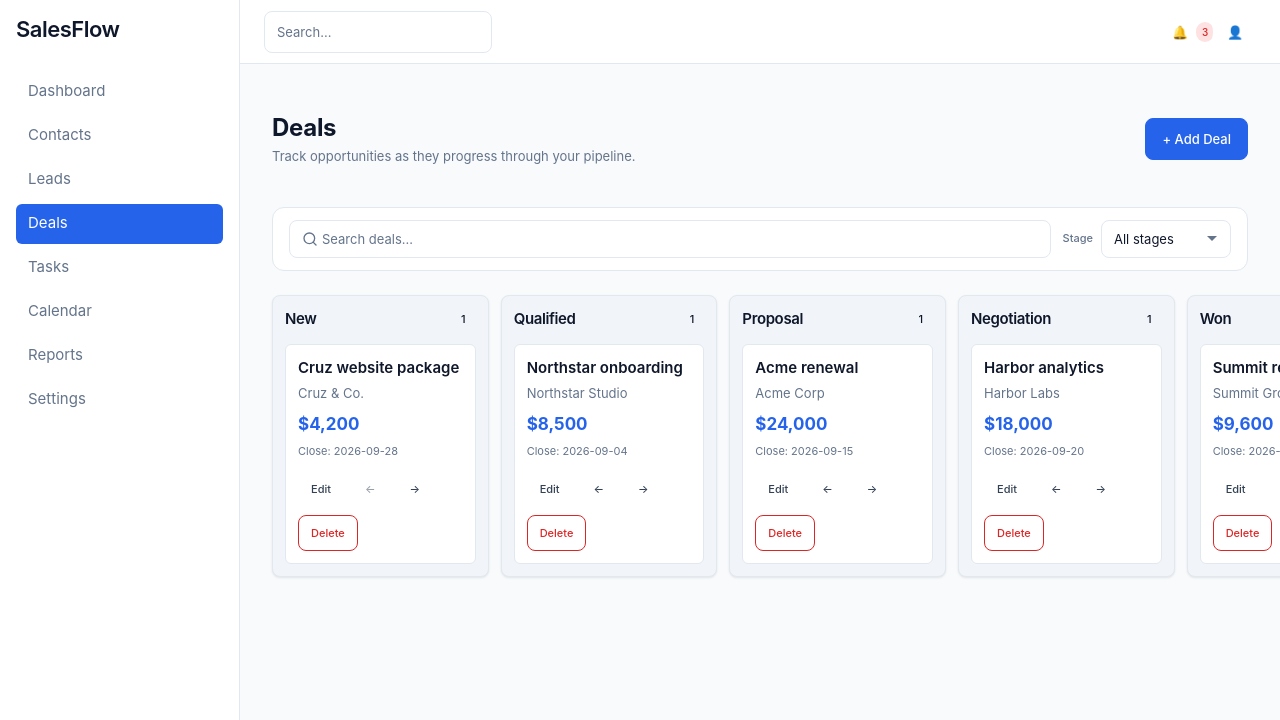
Repository: lawrencegonzaga-dev/salesflow-crm
Page: /deals
An editor plug-in stored every save of this project. The page is shown before and after the next save, followed by the edit.
The browser window is 1280 px wide. The pictures show the whole page.
The project was rebuilt for these pictures with package versions that can differ from the ones it lists, and the page was loaded fresh each time. Also part of the build but not shown: vite.config.js, src/components/StatCard.jsx, src/components/DashboardLeads.jsx, src/components/DashboardDeals.jsx, src/components/DashboardTasks.jsx, src/components/RecentActivity.jsx, src/pages/Dashboard.jsx, src/components/ContactForm.jsx and 25 more.

Above is the page before, as saved 2026-08-18 00:19:43.

### index.html
<!doctype html>
<html lang="en">
  <head>
    <meta charset="UTF-8" />
    <link rel="icon" type="image/svg+xml" href="/favicon.svg" />
    <meta name="viewport" content="width=device-width, initial-scale=1.0" />
    <title>salesflow-crm</title>
  </head>
  <body>
    <div id="root"></div>
    <script type="module" src="/src/main.jsx"></script>
  </body>
</html>

### src/main.jsx
/* ========================================================= */
/* FILE: src/main.jsx */
/* ========================================================= */

import { StrictMode } from 'react';
import { createRoot } from 'react-dom/client';

import "./styles/main.css";
import App from './App.jsx';
import { CRMProvider } from "./context/CRMContext.jsx";

createRoot(document.getElementById('root')).render(
    <StrictMode>
        <CRMProvider>
            <App />
        </CRMProvider>
    </StrictMode>,
);

### src/styles/main.css
@import "./reset.css";
@import "./variables.css";
@import "./base.css";
@import "./layout.css";
@import "./utilities.css";

@import "./components/sidebar.css";
@import "./components/header.css";
@import "./components/toolbar.css";
@import "./components/button.css";
@import "./components/form.css";
@import "./components/card.css";
@import "./components/badge.css";
@import "./components/table.css";
@import "./components/modal.css";
@import "./components/kanban.css";
@import "./components/calendar.css";
@import "./components/leads.css";
@import "./crm.css";

/* main.css */

### src/App.jsx
/* ========================================================= */
/* FILE: src/App.jsx */
/* ========================================================= */

import { BrowserRouter, Routes, Route } from "react-router-dom";

import Dashboard from "./pages/Dashboard";
import Contacts from "./pages/Contacts";
import Leads from "./pages/Leads";
import Deals from "./pages/Deals";
import Tasks from "./pages/Tasks";
import Calendar from "./pages/Calendar";
import Reports from "./pages/Reports";
import Settings from "./pages/Settings";
import AppLayout from "./layouts/AppLayout";

function App() {
    return (
        <BrowserRouter>
            <Routes>
                <Route element={<AppLayout />}>
                    <Route path="/" element={<Dashboard />} />
                    <Route path="/dashboard" element={<Dashboard />} />
                    <Route path="/contacts" element={<Contacts />} />
                    <Route path="/leads" element={<Leads />} />
                    <Route path="/deals" element={<Deals />} />
                    <Route path="/tasks" element={<Tasks />} />
                    <Route path="/calendar" element={<Calendar />} />
                    <Route path="/reports" element={<Reports />} />
                    <Route path="/settings" element={<Settings />} />
                </Route>
            </Routes>
        </BrowserRouter>
    );
}

export default App;

### src/styles/reset.css
*,
*::before,
*::after {
  box-sizing: border-box;
}

html {
  -webkit-text-size-adjust: 100%;
}

body {
  margin: 0;
  background: var(--color-page);
  color: var(--color-text);
  font-family: var(--font-family);
  font-size: 16px;
  line-height: 1.5;

  -webkit-font-smoothing: antialiased;
  text-rendering: optimizeLegibility;
}

#root {
  min-height: 100vh;
}

h1, h2, h3, h4, h5, h6, p {
  margin: 0;
}

img, svg, video {
  display: block;
  max-width: 100%;
}

a {
  color: inherit;
}

### src/styles/utilities.css
.container {
  width: min(100%, var(--content-max-width));
  margin-inline: auto;
}

.visually-hidden {
  position: absolute;
  width: 1px;
  height: 1px;
  padding: 0;
  margin: -1px;
  overflow: hidden;
  clip: rect(0, 0, 0, 0);
  white-space: nowrap;
  border: 0;
}

### src/styles/components/sidebar.css
.app-sidebar {
  width: var(--sidebar-width);
  height: 100vh;

  padding: var(--sidebar-padding);

  display: flex;
  flex-direction: column;

  background: var(--color-surface);
  border-right: 1px solid var(--color-border);
  color: var(--color-text);
}

.app-sidebar h2 {
  margin: 0 0 28px;
  font-size: 22px;
  letter-spacing: -.5px;
}

.sidebar-nav {
  display: flex;
  flex-direction: column;
  gap: 4px;

  overflow-y: auto;
}

.sidebar-nav_item {
  min-height: var(--nav-item-height);

  display: flex;
  align-items: center;

  padding: var(--nav-item-padding);
  gap: var(--nav-item-gap);

  color: var(--color-text-muted);
  text-decoration: none;
  border-radius: var(--radius-sm);

  transition: background var(--transition-fast), color var(--transition-fast);
}

.sidebar-nav_item:hover {
  background: var(--color-surface-muted);
  color: var(--color-text);
}

.sidebar-nav_item.active {
  background: var(--color-action);
  color: white;
}

### src/styles/components/header.css
.app-header {
  height: var(--header-height);

  display: flex;
  align-items: center;
  justify-content: space-between;

  padding: var(--header-padding);

  background: var(--color-surface);
  border-bottom: 1px solid var(--color-border);
  color: var(--color-text);
}

.app-header_left,
.app-header_right {
  display: flex;
  align-items: center;
  gap: var(--header-item-gap);
}

.menu-button {
  display: none;
}

@media (max-width: 768px) {
  .app-header {
    padding: 0 16px;
  }

  .app-header_right {
    display: none;
  }

  .menu-button {
    display: inline-grid;
    width: 40px;
    height: 40px;
    place-items: center;
    padding: 0;
    font-size: 20px;
    border-radius: var(--radius-sm);
  }
}
/* header.css */

### src/styles/components/toolbar.css
/* ========================================================= */
/* FILE: src/styles/components/toolbar.css */
/* ========================================================= */

.toolbar {
  display: flex;
  flex-wrap: wrap;
  align-items: center;
  gap: var(--space-3);
  padding: var(--space-3) var(--space-4);
  background: var(--color-surface);
  border: 1px solid var(--color-border);
  border-radius: var(--radius-lg);
}

.toolbar .search-field {
  flex: 1 1 260px;
  min-width: 160px;
}

.toolbar .search-field input {
  min-height: 38px;
  height: 38px;
  padding-left: var(--space-8);
  background-image: url("data:[embedded picture, 278 characters]");
  background-repeat: no-repeat;
  background-position: var(--space-3) center;
  background-size: 16px;
}

.toolbar .filter-group {
  display: flex;
  align-items: center;
  gap: var(--space-2);
}

.toolbar .filter-group label {
  font-size: var(--text-xs);
  font-weight: var(--font-weight-medium);
  color: var(--color-text-muted);
  white-space: nowrap;
}

.toolbar select {
  min-height: 38px;
  height: 38px;
  min-width: 130px;
}

/* ================================
   TOOLBAR VARIANTS
   ================================ */

.toolbar--compact {
  padding: var(--space-2) var(--space-3);
  gap: var(--space-2);
}

.toolbar--compact select {
  min-height: 34px;
  height: 34px;
  min-width: 110px;
  font-size: var(--text-xs);
}

.toolbar--compact .search-field input {
  min-height: 34px;
  height: 34px;
  font-size: var(--text-xs);
}

/* ================================
   PAGE TOOLBAR
   ================================ */

.page-toolbar {
  display: flex;
  align-items: center;
  justify-content: space-between;
  gap: var(--space-4);
  flex-wrap: wrap;
}

.page-toolbar-left,
.page-toolbar-right {
  display: flex;
  align-items: center;
  gap: var(--space-3);
  flex-wrap: wrap;
}

/* ================================
   RESPONSIVE
   ================================ */

@media (max-width: 768px) {
  .toolbar {
    flex-direction: column;
    align-items: stretch;
  }

  .toolbar .search-field {
    flex: 1 1 auto;
    min-width: auto;
  }

  .toolbar .filter-group {
    flex-wrap: wrap;
  }

  .toolbar select {
    flex: 1 1 auto;
    min-width: auto;
  }

  .page-toolbar {
    flex-direction: column;
    align-items: stretch;
  }

  .page-toolbar-left,
  .page-toolbar-right {
    flex-wrap: wrap;
  }
}

/* toolbar.css */

### src/styles/components/card.css
.card,
.stat-card,
.kanban-column {
  background: var(--color-surface);
  border: 1px solid var(--color-border);
  border-radius: var(--radius-lg);
  box-shadow: var(--shadow-sm);
  transition: all var(--transition-base);
}

.card {
  padding: var(--card-padding);
}

.card:hover {
  box-shadow: var(--shadow-md);
}

.card--elevated {
  box-shadow: var(--shadow-md);
}

.card--elevated:hover {
  box-shadow: var(--shadow-lg);
}

.card--bordered {
  border-width: 2px;
}

.card--interactive {
  cursor: pointer;
}

.card--interactive:hover {
  border-color: var(--color-action);
  box-shadow: var(--shadow-md);
  transform: translateY(-2px);
}

.card-header,
.card_header {
  display: flex;
  align-items: flex-start;
  justify-content: space-between;
  gap: var(--space-4);
  margin-bottom: var(--space-4);
}

.card-header--center {
  align-items: center;
}

.card-title {
  font-size: var(--text-lg);
  font-weight: var(--font-weight-semibold);
  color: var(--color-text);
  margin: 0;
}

.card-subtitle {
  font-size: var(--text-sm);
  color: var(--color-text-muted);
  margin-top: var(--space-1);
}

.card-body,
.card_body {
  width: 100%;
}

.card-footer {
  display: flex;
  align-items: center;
  justify-content: flex-end;
  gap: var(--space-3);
  margin-top: var(--space-4);
  padding-top: var(--space-4);
  border-top: 1px solid var(--color-border);
}

.stat-card {
  display: grid;
  gap: var(--space-1);
  padding: var(--card-padding);
}

.stat-card:hover {
  box-shadow: var(--shadow-md);
}

.stat-card .stat-label {
  font-size: var(--text-sm);
  color: var(--color-text-muted);
  font-weight: var(--font-weight-medium);
}

.stat-card .stat-value {
  font-size: var(--text-3xl);
  font-weight: var(--font-weight-bold);
  color: var(--color-text);
  line-height: 1.2;
}

.stat-card .stat-detail {
  font-size: var(--text-sm);
  color: var(--color-text-muted);
}

.stat-card .stat-change {
  display: inline-flex;
  align-items: center;
  gap: var(--space-1);
  font-size: var(--text-sm);
  font-weight: var(--font-weight-medium);
  padding: var(--space-0-5) var(--space-2);
  border-radius: var(--radius-full);
}

.stat-card .stat-change--positive {
  color: var(--color-success);
  background: var(--color-success-light);
}

.stat-card .stat-change--negative {
  color: var(--color-danger);
  background: var(--color-danger-light);
}

@media (max-width: 768px) {
  .card {
    padding: var(--card-padding-sm);
  }

  .stat-card {
    padding: var(--card-padding-sm);
  }

  .stat-card .stat-value {
    font-size: var(--text-2xl);
  }

  .card-header {
    flex-direction: column;
    align-items: flex-start;
  }
}

### src/styles/components/badge.css
/* ========================================================= */
/* FILE: src/styles/components/badge.css */
/* ========================================================= */

.badge {
  display: inline-flex;
  align-items: center;
  gap: var(--space-1);
  min-height: 24px;
  padding: 0 var(--space-2-5);
  font-size: var(--text-xs);
  font-weight: var(--font-weight-medium);
  line-height: 1;
  border-radius: var(--radius-full);
  white-space: nowrap;
  transition: all var(--transition-fast);
}

/* ================================
   BADGE VARIANTS
   ================================ */

.badge--primary {
  color: var(--color-action);
  background: var(--color-action-light);
}

.badge--success {
  color: var(--color-success);
  background: var(--color-success-light);
}

.badge--warning {
  color: var(--color-warning);
  background: var(--color-warning-light);
}

.badge--danger {
  color: var(--color-danger);
  background: var(--color-danger-light);
}

.badge--info {
  color: var(--color-info);
  background: var(--color-info-light);
}

.badge--neutral {
  color: var(--color-text-muted);
  background: var(--color-surface-muted);
}

.badge--dark {
  color: var(--color-text-inverse);
  background: var(--color-text);
}

/* ================================
   BADGE SIZES
   ================================ */

.badge--sm {
  min-height: 20px;
  padding: 0 var(--space-1-5);
  font-size: 10px;
}

.badge--lg {
  min-height: 28px;
  padding: 0 var(--space-3-5);
  font-size: var(--text-sm);
}

/* ================================
   DOT BADGE
   ================================ */

.badge--dot {
  padding-left: var(--space-1-5);
}

.badge--dot::before {
  content: "";
  display: inline-block;
  width: 6px;
  height: 6px;
  border-radius: 50%;
  margin-right: var(--space-1);
}

.badge--primary.badge--dot::before {
  background: var(--color-action);
}

.badge--success.badge--dot::before {
  background: var(--color-success);
}

.badge--warning.badge--dot::before {
  background: var(--color-warning);
}

.badge--danger.badge--dot::before {
  background: var(--color-danger);
}

/* ================================
   BADGE WITH COUNT
   ================================ */

.badge--count {
  min-width: 24px;
  justify-content: center;
  padding: 0 var(--space-1-5);
  border-radius: var(--radius-full);
  font-size: var(--text-xs);
  font-weight: var(--font-weight-bold);
}

/* badge.css */

### src/styles/components/kanban.css
/* Canonical kanban board + deal card styles.
   This file is the single source of truth for these selectors —
   they were previously duplicated (with conflicting values) in
   the page-specific stylesheet. */

.kanban-board {
  display: grid;
  grid-template-columns: repeat(6, minmax(0, 1fr));
  gap: 12px;

  width: 100%;
  min-width: 1360px;


  padding-bottom: 8px;
}

.kanban-column {
  min-width: 0px;
  padding: 12px;

  background: var(--color-surface-muted);
  border-radius: var(--radius-md);
}

.kanban-column_header {
  display: flex;
  align-items: center;
  justify-content: space-between;

  gap: 12px;
  margin-bottom: 12px;
}

.kanban-column_header h2 {
  margin: 0;
  font-size: var(--text-base);
}

.kanban-column_body {
  display: flex;
  flex-direction: column;
  gap: 12px;

  min-height: 120px;
}

.deal-card {
  display: grid;
  gap: 6px;

  padding: 12px;

  background: var(--color-surface);
  border: 1px solid var(--color-border);
  border-radius: var(--radius-sm);

  transition: box-shadow var(--transition-fast);
}

.deal-card:hover {
  box-shadow: var(--shadow-sm);
}

.deal-card h3 {
  margin: 0;
  font-size: var(--text-base);
  line-height: 1.4;
}

.deal-card p {
  margin: 0;
  color: var(--color-text-muted);
  font-size: var(--text-sm);
  line-height: 1.5;
}

.deal-card strong {
  margin-top: 4px;
  color: var(--color-action);
  font-size: var(--text-lg);
  line-height: 1.4;
}

.deal-card small {
  color: var(--color-text-muted);
  font-size: var(--text-xs);
  line-height: 1.5;
}

.deal-card .row-actions {
  display: flex;
  flex-wrap: wrap;
  align-items: center;
  gap: 8px;

  margin-top: 6px;
}

.deal-card .row-actions button {
  min-height: 36px;
  padding: 8px 12px;
  white-space: nowrap;
}

.deal-card .button--danger {
  color: var(--color-danger);
}

.kanban-empty {
  margin: 8px 0;

  padding: 20px;

  border: 1px dashed var(--color-border);
  border-radius: var(--radius-md);

  color: var(--color-text-muted);
  font-size: var(--text-sm);
  text-align: center;
}

@media (max-width: 768px) {
  .kanban-board {
    grid-template-columns: repeat(6, minmax(220px, 1fr));
    gap: 16px;
  }

  .kanban-column {
    min-width: 220px;
  }

  .deal-card {
    padding: 14px;
  }
}

### src/styles/components/calendar.css
.calendar {
  width: 100%;
  min-width: 700px;
  border: 1px solid var(--color-border);
  border-radius: var(--radius-md);
  overflow: hidden;
}

.calendar_header {
  min-height: 48px;
  display: grid;
  grid-template-columns: repeat(7, 1fr);

  border: 1px solid var(--color-border);
}

.calendar_day-name {
  min-height: 48px;

  display: flex;
  align-items: center;
  justify-content: center;

  padding-inline: 8px;

  font-size: 12px;
  font-weight: 600;
  color: var(--color-text-muted);
}

.calendar_grid {
  display: grid;
  grid-template-columns: repeat(7, 1fr);
}

.calendar_day {
  min-height: 100px;
  padding: 8px;

  border-right: 1px solid var(--color-border);
  border-left: 1px solid var(--color-border);
  border-bottom: 1px solid var(--color-border);

  transition: background var(--transition-fast);
}

.calendar_day:hover {
  background: var(--color-surface-muted);
}

.calendar_date {
  font-size: 14px;
}

.calendar-toolbar {
  display: flex;
  align-items: center;
  justify-content: space-between;
  gap: 16px;
}

.calendar-toolbar__actions {
  display: flex;
  flex-wrap: wrap;
  align-items: center;
  gap: 8px;
}

.calendar-month {
  min-width: 150px;
  text-align: center;
}

.calendar_day--outside {
  background: var(--color-surface-muted);
  color: var(--color-text-muted);
}

.calendar_day--today .calendar_date {
  display: inline-grid;
  width: 24px;
  height: 24px;
  place-items: center;
  color: #fff;
  background: var(--color-action);
  border-radius: 50%;
}

.calendar_day-events {
  display: grid;
  gap: 4px;
  margin-top: 7px;
}

.calendar-event {
  display: flex;
  overflow: hidden;
  align-items: center;
  border-radius: 4px;
  font-size: 11px;
}

.calendar-event__title {
  flex: 1;
  min-width: 0;
  height: auto;
  padding: 3px 5px;
  overflow: hidden;
  text-align: left;
  text-overflow: ellipsis;
  white-space: nowrap;
  border: 0;
  border-radius: 0;
}

.calendar-event__delete {
  min-height: 20px;
  padding: 0 4px;
  border: 0;
  border-radius: 0;
}

.calendar-event__delete:hover {
  color: var(--color-danger);
}

.calendar-event--task {
  background: color-mix(in srgb, var(--color-action) 20%, white);
}

.calendar-event--deal {
  background: color-mix(in srgb, var(--color-success) 20%, white);
}

.calendar-event--event {
  background: color-mix(in srgb, #a855f7 20%, white);
}

@media (max-width: 768px) {
  .calendar-toolbar {
    align-items: flex-start;
    flex-direction: column;
  }

  .calendar {
    overflow-x: auto;
  }
}

### src/styles/components/leads.css
.lead-pipeline {
  display: grid;
  grid-template-columns: repeat(6, minmax(190px, 1fr));
  gap: 12px;
  overflow-x: auto;
  padding: 4px 0 16px;
}

.lead-pipeline__stage {
  min-width: 190px;
  background: var(--color-surface-muted);
  border: 1px solid var(--color-border);
  border-radius: var(--radius-md);
  padding: 12px;
   min-height: 200px;
}

.lead-pipeline__stage header {
  display: flex;
  align-items: center;
  justify-content: space-between;
}

.lead-pipeline__stage h2 {
  font-size: 15px;
  margin: 0;
}

.lead-pipeline__stage header span {
  border-radius: var(--radius-full);
  background: var(--color-border);
  padding: 2px 8px;
  font-size: 12px;
}

.lead-pipeline__items {
  display: grid;
  gap: 8px;
  margin-top: 12px;
}

.lead-pipeline__card {
  display: block;
  width: 100%;
  text-align: left;
  padding: 12px;
  min-height: 90px;
  background: var(--color-surface);
  border: 1px solid var(--color-border);
  border-radius: var(--radius-sm);
  cursor: pointer;
  color: inherit;
  transition: border-color var(--transition-fast);
}

.lead-pipeline__card:hover,
.lead-pipeline__card:focus-visible {
  border-color: var(--color-action);
  outline: none;
}

.lead-pipeline__card h3 {
  margin: 0 0 4px;
  font-size: 14px;
}

.lead-pipeline__card p {
  font-size: 12px;
  margin: 2px 0;
  color: var(--color-text-muted);
}

.lead-table-wrap {
  overflow-x: auto;
}

.lead-table__empty {
  padding: 32px;
  text-align: center;
  color: var(--color-text-muted);
}

.lead-stage {
  display: inline-block;
  border-radius: var(--radius-full);
  background: color-mix(in srgb, var(--color-action) 12%, transparent);
  color: var(--color-action);
  padding: 2px 8px;
  font-size: 12px;
}
/* leads.css */

### src/layouts/AppLayout.jsx
/* ========================================================= */
/* FILE: src/layouts/AppLayout.jsx */
/* ========================================================= */

import { useState } from "react";
import { Outlet } from "react-router-dom";

import Sidebar from "../components/Sidebar";
import Header from "../components/Header";

function AppLayout() {
    const [isNavigationOpen, setIsNavigationOpen] = useState(false);

    return (
        <div className="app-layout">
            <Sidebar
                isOpen={isNavigationOpen}
                onNavigate={() => setIsNavigationOpen(false)}
            />

            <Header
                isNavigationOpen={isNavigationOpen}
                onMenuToggle={() => setIsNavigationOpen((isOpen) => !isOpen)}
            />

            <main className="app-main">
                <div className="app-main-content">
                    <Outlet />
                </div>
            </main>

            {isNavigationOpen && (
                <button
                    className="navigation-backdrop"
                    type="button"
                    aria-label="Close navigation"
                    onClick={() => setIsNavigationOpen(false)}
                />
            )}
        </div>
    );
}

export default AppLayout;

### src/components/Sidebar.jsx
import { NavLink } from "react-router-dom";
import navigation from "../data/navigation";

function Sidebar({ isOpen, onNavigate }) {
    return (
        <aside className={`app-sidebar ${isOpen ? "app-sidebar--open" : ""}`}>
            <h2>SalesFlow</h2>

            <nav className="sidebar-nav">
                {navigation.map((item) => (
                    <NavLink
                        key={item.path}
                        to={item.path}
                        className="sidebar-nav_item"
                        onClick={onNavigate}
                    >
                        {item.label}
                    </NavLink>
                ))}
            </nav>
        </aside>
    );
}

export default Sidebar;

### src/components/Header.jsx
/* ========================================================= */
/* FILE: src/components/Header.jsx */
/* ========================================================= */

import { useState } from "react";

function Header({ isNavigationOpen, onMenuToggle }) {
    const [searchQuery, setSearchQuery] = useState("");

    return (
        <header className="app-header">
            <div className="app-header-left">
                <button
                    className="menu-button"
                    type="button"
                    aria-label="Toggle navigation"
                    aria-expanded={isNavigationOpen}
                    onClick={onMenuToggle}
                >
                    ☰
                </button>

                <div className="header-search">
                    <input
                        type="text"
                        placeholder="Search..."
                        value={searchQuery}
                        onChange={(e) => setSearchQuery(e.target.value)}
                        className="header-search-input"
                    />
                </div>
            </div>

            <div className="app-header-right">
                <button className="button button--ghost button--icon" aria-label="Notifications">
                    🔔
                    <span className="badge badge--danger badge--sm">3</span>
                </button>
                <button className="button button--ghost button--icon" aria-label="Profile">
                    👤
                </button>
            </div>
        </header>
    );
}

export default Header;

Loaded but not shown: src/data/navigation.js (48 lines, source omitted); src/pages/Deals.jsx (198 lines, source omitted); src/styles/crm.css (441 lines, source omitted); src/context/CRMContext.jsx (129 lines, source omitted); src/styles/variables.css (230 lines, source omitted); src/styles/components/form.css (194 lines, source omitted); src/styles/layout.css (206 lines, source omitted); src/styles/components/button.css (158 lines, source omitted); src/styles/components/table.css (162 lines, source omitted); src/styles/components/modal.css (157 lines, source omitted); src/styles/base.css (167 lines, source omitted)

After the next save:
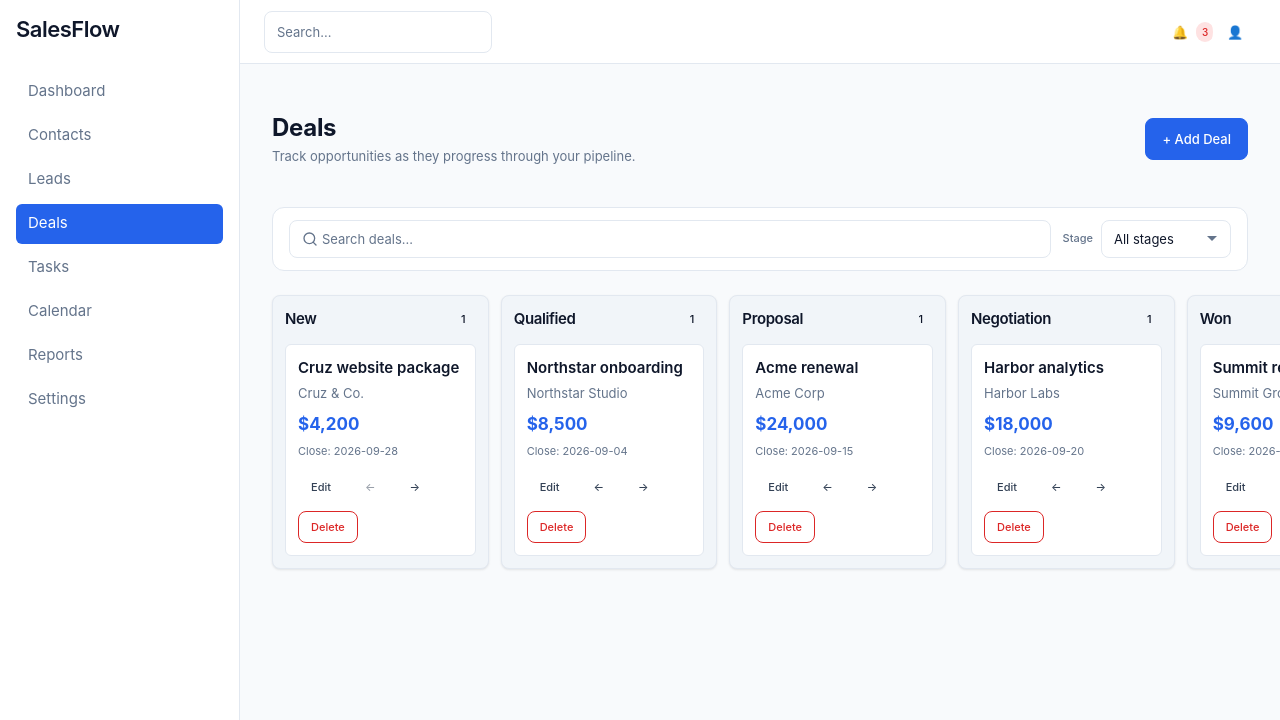
Saved 23 s later.
--- a/src/styles/components/kanban.css
+++ b/src/styles/components/kanban.css
@@ -98,7 +98,7 @@
 }
 
 .deal-card .row-actions button {
-  min-height: 36px;
+  min-height: 32px;
   padding: 8px 12px;
   white-space: nowrap;
 }
